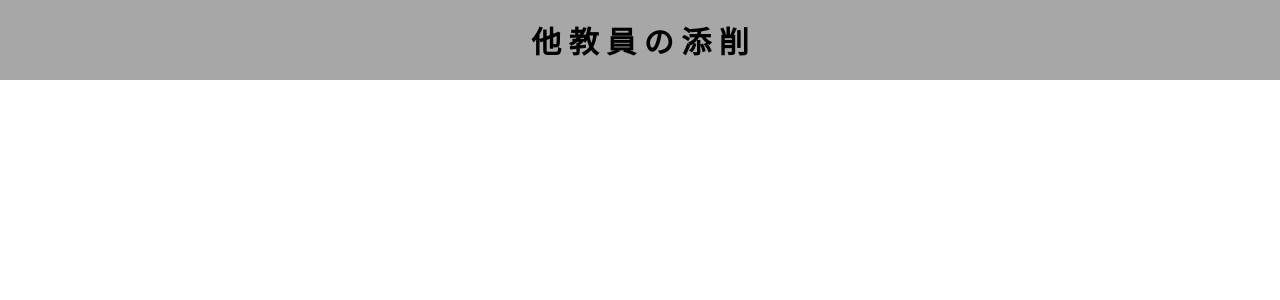
Repository: k-murakami18/canvas_v2
Page: management.html
An editor plug-in stored every save of this project. The page is shown before and after the next save, followed by the edit.
The browser window is 1280 px wide. The pictures show the whole page.

Above is the page before, as saved 2021-01-12 15:26:18.

### management.html
<!DOCTYPE html>
<html lang="en">

<head>
  <meta charset="UTF-8">
  <title>添削支援システム</title>
  <link rel="stylesheet" href="css/jquery-ui-1.8.16.custom.css" />
  <link rel="stylesheet" href="./style.css">
  <link rel="stylesheet" href="https://cdn.jsdelivr.net/npm/simplebar@latest/dist/simplebar.css">
  <script src="//cdnjs.cloudflare.com/ajax/libs/jspdf/1.3.3/jspdf.min.js"></script>
  <script src="js/jquery.1.6.4.min.js"></script>
  <script src="js/jquery-ui-1.8.16.custom.min.js"></script>
  <script type="text/javascript" src="./dist/fabric.js"></script>
  <script type="text/javascript" src="./dist/fabric.min.js"></script>
</head>

<body>
  <!--タイトル-->
  <div class="subtitle_container">
    <h1 id="title">他 教 員 の 添 削</h1>
  </div>

</body>

</html>

### style.css
body{
  margin:0;
}

/*タイトルコンテナ*/
.title_container{
  width: 100%;
  height: 150px;
  font-size: 20px;
  display: flex;
  background-color: #A7A7A7;
  justify-content: center; /*左右中央*/
  align-items: center; /*上下中央*/
  margin-bottom: 100px;
  margin-left: 0;
  margin-right: 0;
}

.subtitle_container{
  width: 100%;
  height: 80px;
  font-size: 15px;
  display: flex;
  background-color: #A7A7A7;
  justify-content: center; /*左右中央*/
  align-items: center; /*上下中央*/
  margin-left: 0;
  margin-right: 0;
}

/*ボタンコンテナ*/
.button_container{
  width: 50px;
  height: 602px;
  background-color: #DADADA;
  margin-bottom: 5px;
  margin-right: 5px;
}

/*各ボタンの設定*/
.btn-box,.btn_box{
  display: inline-block;
  widows: 25px;
  height: 25px;
  border: 1px black solid;
  padding: 2px;
  border-radius: 5px;
}
.btn_box_black{
  display: inline-block;
  widows: 25px;
  height: 25px;
  border: 1px white solid;
  padding: 2px;
  border-radius: 5px;
}
.select{
  margin-top: 10px;
  margin-left: 9px;
}
.aaa{
  margin-top: 0px;
  margin-left: 9px;
}
.margin{
  margin-top: 10px;
  margin-left: 9px;
}

/*ボタン枠線削除*/
input:focus {
	outline:0;
}

/*キャンバス*/
canvas {
	position: relative;
	border:1px solid #000;
}

/*保存履歴コンテナ*/
.history_container{
  height: 600px;
  width: 330px;
  background-color: whitesmoke;
  border: 1px solid black;
  margin-left: 10px;
}

/*保存履歴タイトル*/
#title_tmpList{
  margin-top: 2px;
  margin-left: 10px;
  margin-bottom: 2px;
  font-weight: bolder;
  text-align: center;
}
.subtitle_tmpList{
  margin-top: 3px;
  margin-bottom: 3px;
  font-weight: bolder;
  font-size: 13px;
  text-align: center;
}

/*「保存履歴」の下線*/
.hr{
  border-bottom: 1px solid black;
  width: 93%;
  margin-left: auto;
  margin-right: auto;
}
/*「ブックマーク」「添削保存」の下線*/
.hr2{
  border-bottom: 1px solid black;
  width: 83%;
  margin-left: auto;
  margin-right: auto;
}

#bookmark_viewpanel{
  height: 539px;
  width: 100px;
  background-color: whitesmoke;
  margin-top: 5px;
}

#normal_viewpanel{
  height: 539px;
  width: 190px;
  background-color: whitesmoke;
  margin-top: 5px;
}

#bookmark_tmp{
  border-right: 1px solid black;
}

.tmpImage{
  border: 1px solid black;
  margin-left: 10px;
}

#setColor li{
  display: inline-block;
  width: 25px;
  height: 25px;
  border:1px solid #000;
}

.button{
  height: 100px;
  font-size: 20px;
  font-weight: bold;
  margin: auto;
  display: flex;
  justify-content: center;
  align-items: center;
  text-decoration: none;
  background: #f7f7f7;
  color: black;/*文字色*/
  font-weight: bold;
  box-shadow: 0px 2px 2px rgba(0, 0, 0, 0.29);
}
.button:active {
  box-shadow: inset 0 0 2px rgba(128, 128, 128, 0.1);
  transform: translateY(2px);
}

#anno_btn{
  width: 150px;
  padding-left: 50px;
  padding-right: 50px;
}
#oth_teacher_btn{
  width: 200px;
  padding-left: 20px;
  padding-right: 20px;
}
#submit_btn{
  width: 200px;
  padding-left: 30px;
  padding-right: 30px;
}
body .btn_name{
  display: flex;
  justify-content: center;
}

#preview img {
  width: 400px;
  margin: 20px;
  border: solid 0.5px gray ;
}

#file{
  margin-top: 10px;
  margin-left: 20px;
}

Loaded but not shown: css/jquery-ui-1.8.16.custom.css (library); js/jquery.1.6.4.min.js (library); js/jquery-ui-1.8.16.custom.min.js (library); dist/fabric.js (library); dist/fabric.min.js (library)

After the next save:
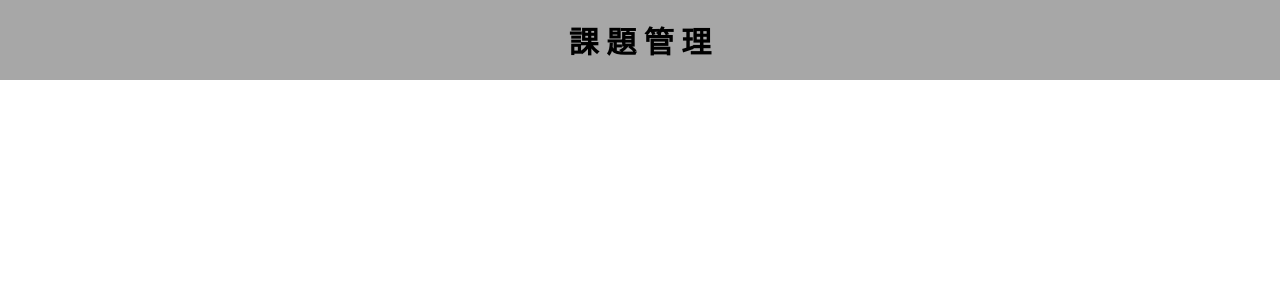
Saved 11 s later.
--- a/management.html
+++ b/management.html
@@ -17,7 +17,7 @@
 <body>
   <!--タイトル-->
   <div class="subtitle_container">
-    <h1 id="title">他 教 員 の 添 削</h1>
+    <h1 id="title">課 題 管 理</h1>
   </div>
 
 </body>
